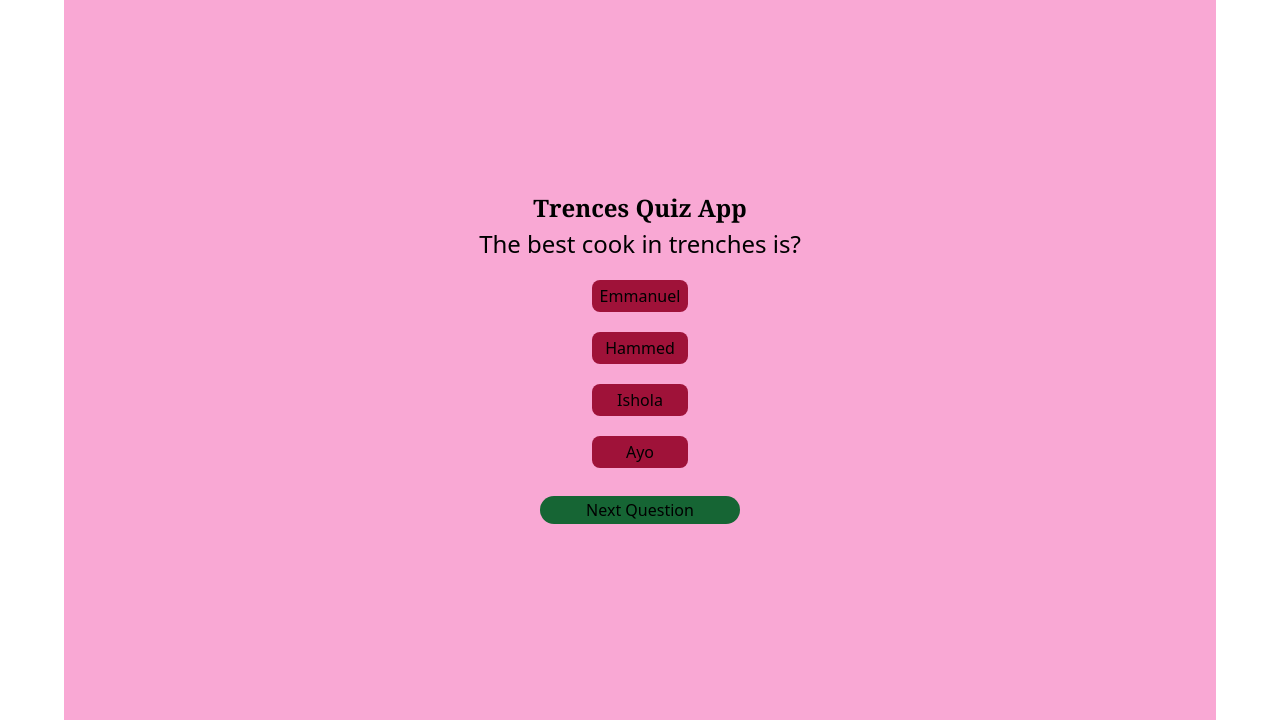
Repository: Semanmernstack/Quiz-react-app
Page: /, after clicking the first element matching `button`
The author's editor kept a copy of each file at every save. The page is drawn from the files as they stood at one save, then again after the next save.
The browser window is 1280 px wide. The pictures show the whole page.
The project was rebuilt for these pictures with package versions that can differ from the ones it lists, and the page was loaded fresh each time. Also part of the build but not shown: src/components/End.js.

Above is the page before, as saved 2023-01-30 02:11:58.

### src/index.css
body {
  margin: 0;
}
@tailwind base;
@tailwind components;
@tailwind utilities;

### src/App.js
import { useState } from "react";
import Menu from "./components/Menu";
import Quiz from "./components/Quiz";
import End from "./components/End"
import { QuizContext } from "./Game/Context";
function App() {
  const [game, setGame] = useState("menu")
  const [score, setScore] = useState(0)
  return (
    <div className="text-center items-center justify-center flex  flex-col  max-w-6xl mx-auto h-screen  bg-pink-300 first-letter:">
      <p className="text-2xl font-extrabold font-serif">Trences Quiz App</p>
      <QuizContext.Provider value={{game, setGame, score, setScore}}>
        {game === "menu" && <Menu/>}
        {game === "quiz" && <Quiz/>}
        {game === "End" && <End/>}

      </QuizContext.Provider>

    </div>
  );
}

export default App;

### src/components/Menu.js
import React, { useContext } from 'react'
import { QuizContext } from '../Game/Context'

function Menu() {
    const { setGame} = useContext(QuizContext)
  return (
    <div className="flex">
        <button className="font-bold  text-xl cursor-pointer bg-red-800 text-white animate-pulse p-1 rounded-xl" onClick={() => {setGame("quiz")}} >Start Quiz</button>

    </div>
  )
}

export default Menu

### src/components/Quiz.js
import React, {  useContext, useState } from 'react'
import { QuizContext } from '../Game/Context';

import { Question } from '../Game/Questions';


function Quiz() {
    const {score, setScore, setGame} = useContext(QuizContext)

    const [current, setCurrent] = useState(0);
    const [option, setOption]= useState("")

    const nextQuestion = () => {
      if (Question[current].answer === option) {
        setScore(score + 1)
      }
      alert(score)
      setCurrent(current + 1)
    }
    const finishQuiz = () => {
      if (Question[current].answer === option) {
        setScore(score + 1)
      }
      setGame("End")

    }



  return (
    <div className=" p-1 rounded-xl   ">
        <h1 className="text-2xl">{Question[current].prompt}</h1>
        <div className="flex mt-5  cursor-pointer flex-col gap-5 items-center text-center">
            <button onClick={() => setOption("A")} className="w-24 bg-rose-800 p-1 rounded-lg hover:bg-red-500">{Question[current].optionA}</button>
            <button  onClick={() => setOption("B") } className="w-24 bg-rose-800 p-1 rounded-lg hover:bg-red-500">{Question[current].optionB}</button>
            <button onClick={() => setOption("C")} className="w-24 bg-rose-800 p-1 rounded-lg hover:bg-red-500">{Question[current].optionC}</button>
            <button onClick={() => setOption("D")} className="w-24 bg-rose-800 p-1 rounded-lg hover:bg-red-500">{Question[current].optionD}</button>
        </div>
        <div>
          {current === Question.length - 1 ? (
            <button onClick={finishQuiz}>Finished</button>
          ):(
            <button className="w-[200px] h-7 mt-7 rounded-full bg-green-800" onClick={nextQuestion} >Next Question</button>
          )}

        </div>

    </div>
  )
}

export default Quiz

### src/Game/Context.js
import { createContext } from "react";

export const QuizContext = createContext()

### src/Game/Questions.js
export  const Question = [
    {
        prompt: "The best cook in trenches is?",
        optionA: "Emmanuel",
        optionB: "Hammed",
        optionC: "Ishola",
        optionD: "Ayo",
        answer: "D",
    },
    {
        prompt: "Who is the sapa giver in trenches?",
        optionA: "Abigeal",
        optionB: "Idilabi",
        optionC: "Ebu",
        optionD: "Ajoke",
        answer: "C",
    },
    {
        prompt: "Name he person that enter school and ran back home?",
        optionA: "Davido",
        optionB: "Eniola",
        optionC: "Gift",
        optionD: "Okiki",
        answer: "B",
    },
    {
        prompt: "who is the best Osu?",
        optionA: "Cory",
        optionB: "Joe",
        optionC: "Harmon",
        optionD: "Bob",
        answer: "A",
    },
    {
        prompt: "The most serious in Trenches?",
        optionA: "Malik",
        optionB: "Hammed",
        optionC: "Ishola",
        optionD: "Ayo",
        answer: "A",
    },
    {
        prompt: "Who is trenches table tennis best player?",
        optionA: "Baddo",
        optionB: "Daddy Pems",
        optionC: "BJ",
        optionD: "Sule",
        answer: "B",
    },
    {
        prompt: "Babaoja of trenches is?",
        optionA: "Baddo",
        optionB: "daddy Dami",
        optionC: "Igwe",
        optionD: "Baba Gift",
        answer: "A",
    },
    {
        prompt: "The name of trenches street is?",
        optionA: "Portable str",
        optionB: "Alagomeji str",
        optionC: "Tijani str",
        optionD: "Adekunle Olaiya",
        answer: "D",
    },
    {
        prompt: "Highest Iphone own in trenches right now?",
        optionA: "xr",
        optionB: "7",
        optionC: "11 ",
        optionD: "11 pro",
        answer: "A",
    },
    {
        prompt: "The best song/album in trenches at the moment?",
        optionA: "Ruger",
        optionB: "Portable",
        optionC: "Seyi Vibes ",
        optionD: "Zinolisky",
        answer: "C",
    },
]

Loaded but not shown: public/index.html (common file); src/index.js (common file); src/reportWebVitals.js (common file); tailwind.config.js (common file)

After the next save:
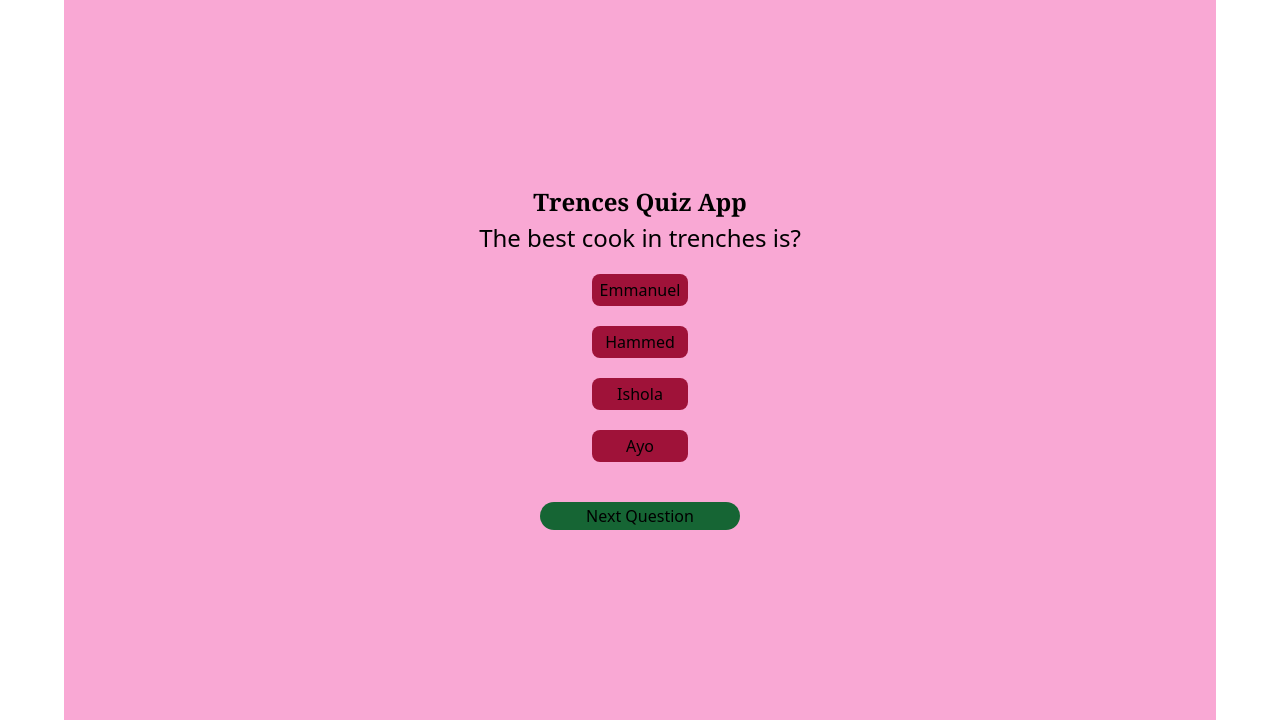
Saved 18 s later.
--- a/src/components/Quiz.js
+++ b/src/components/Quiz.js
@@ -40,7 +40,7 @@ function Quiz() {
           {current === Question.length - 1 ? (
             <button onClick={finishQuiz}>Finished</button>
           ):(
-            <button className="w-[200px] h-7 mt-7 rounded-full bg-green-800" onClick={nextQuestion} >Next Question</button>
+            <button className="w-[200px] h-7 mt-10 rounded-full bg-green-800" onClick={nextQuestion} >Next Question</button>
           )}
 
         </div>
